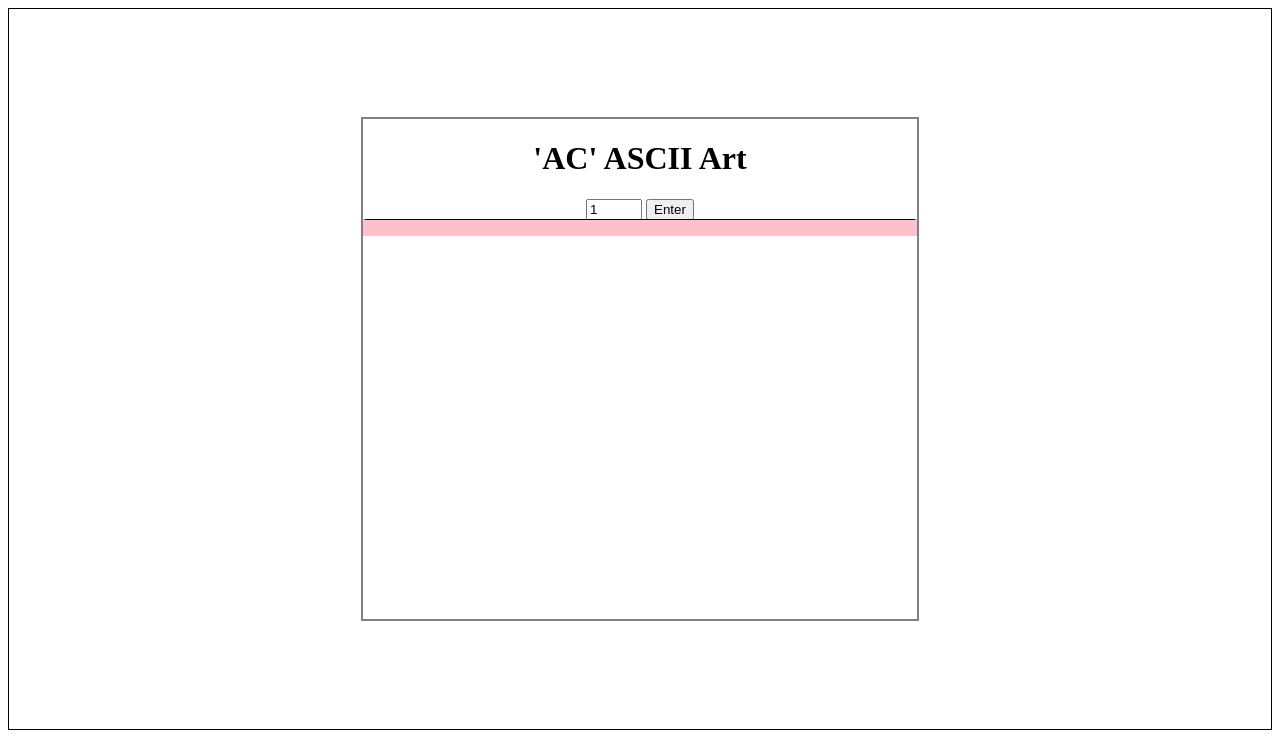
Repository: Achorn/ascii-art
Page: index.html
An editor plug-in stored every save of this project. The page is shown before and after the next save, followed by the edit.
The browser window is 1280 px wide. The pictures show the whole page.

Above is the page before, as saved 2021-08-09 18:43:09.

After the next save:
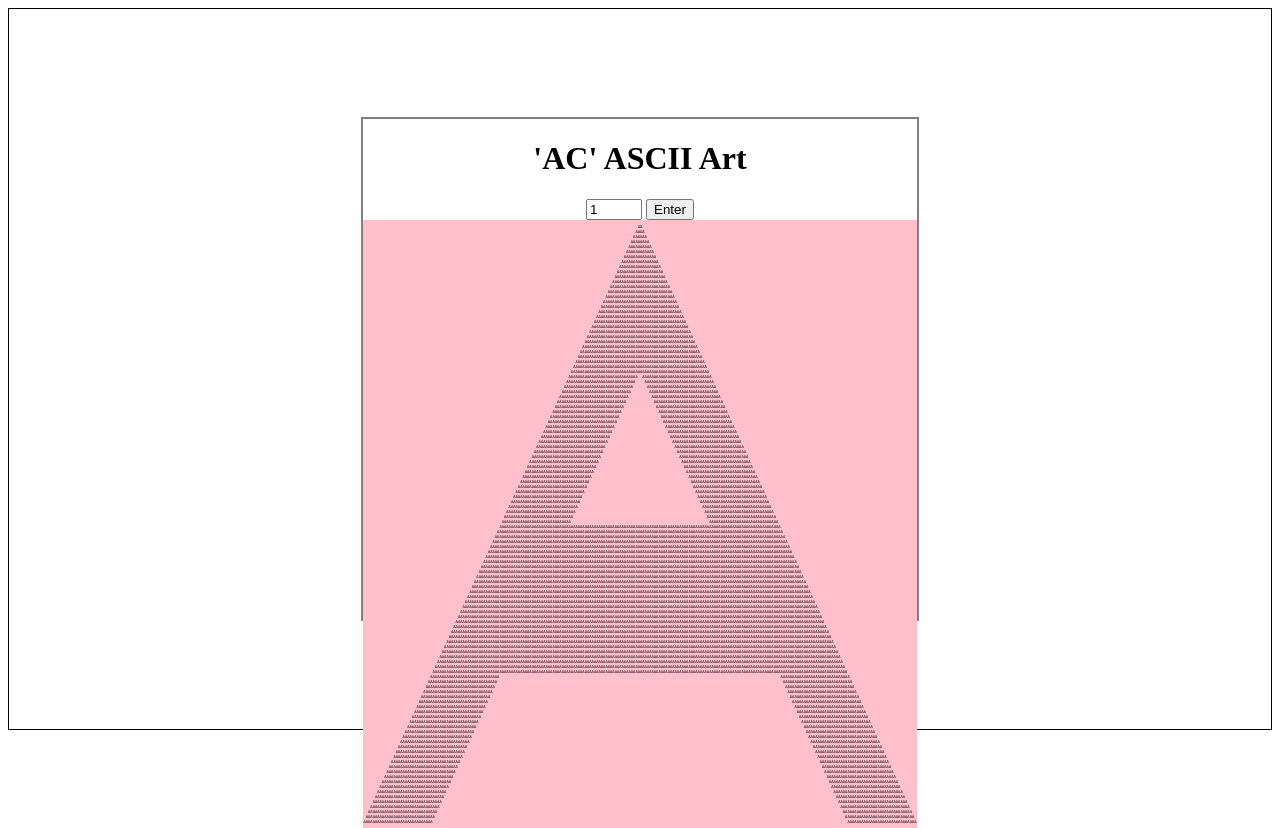
Saved 7 s later.
--- a/myscripts.js
+++ b/myscripts.js
@@ -73,7 +73,7 @@
 
 let monoA = document.getElementById("mono-a");
 let monoC = document.getElementById("mono-c");
-let scale = 500;
+let scale = 30;
 let scaledFour = scaleSpread(four, scale);
 trimA(scaledFour, scale);
 

After the save that followed:
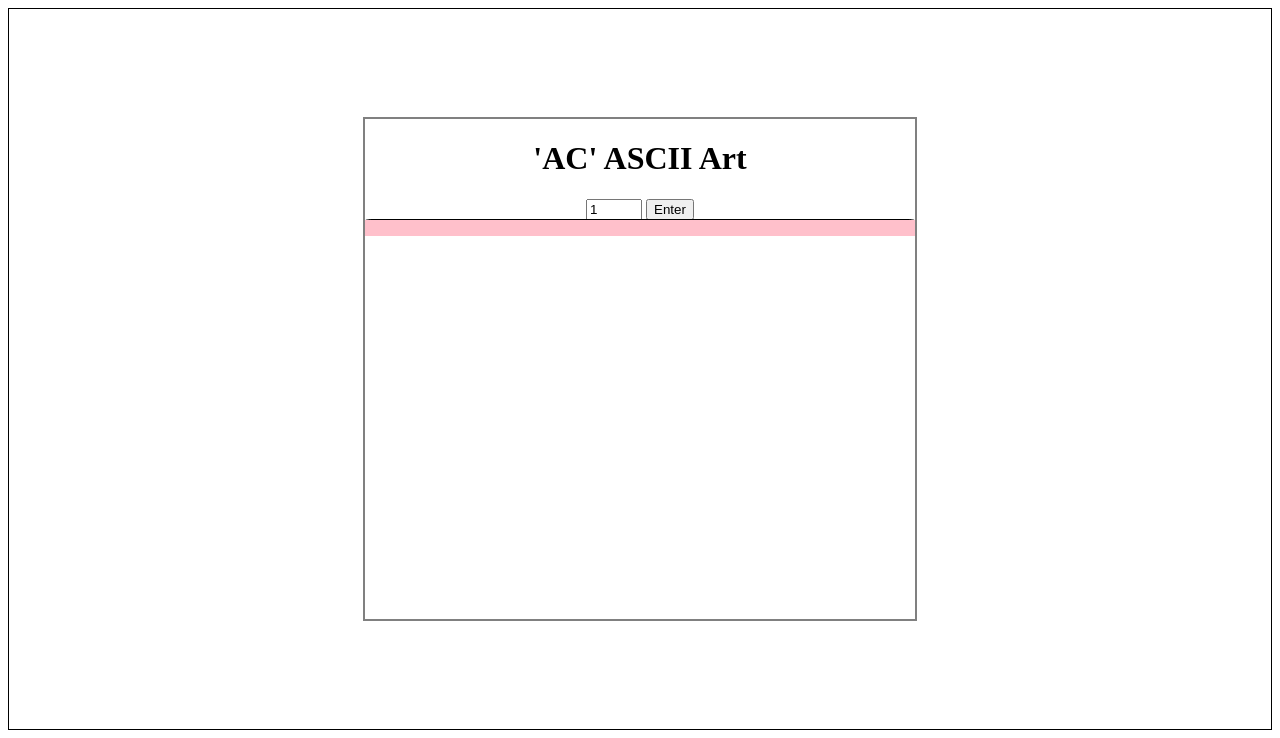
Saved 4 s later.
--- a/myscripts.js
+++ b/myscripts.js
@@ -73,7 +73,7 @@
 
 let monoA = document.getElementById("mono-a");
 let monoC = document.getElementById("mono-c");
-let scale = 30;
+let scale = 300;
 let scaledFour = scaleSpread(four, scale);
 trimA(scaledFour, scale);
 
